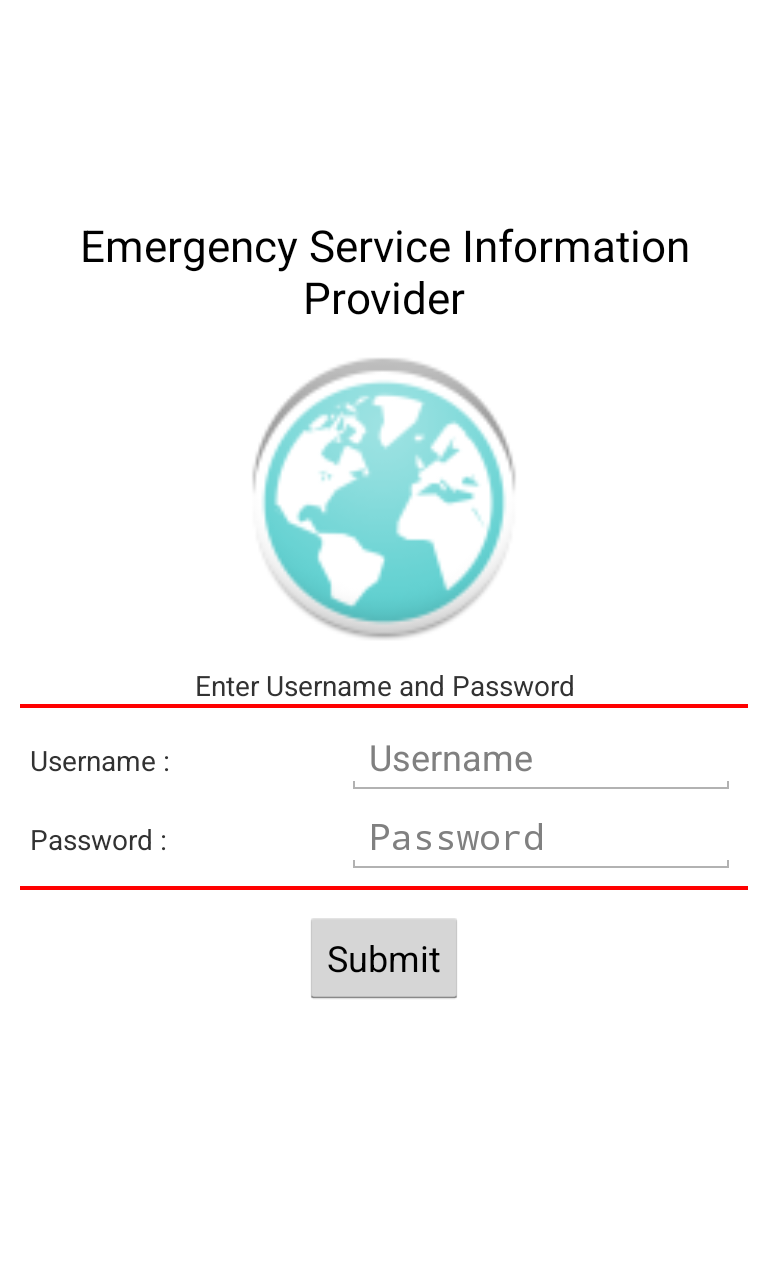
Repository: mansee8/Emergency-Service-Information-Provider
Layout: Emergency Service Information Provider/ESIP/ESIP/res/layout/home.xml
The author's editor kept a copy of each file at every save. The layout is drawn from the files as they stood at one save, then again after the next save.
It is drawn on a 768 x 1280 px phone screen (xhdpi) without system bars, with theme AppTheme; the app's code is not run.

Above is the layout before, as saved 2014-02-28 08:20:49.

After the next save:
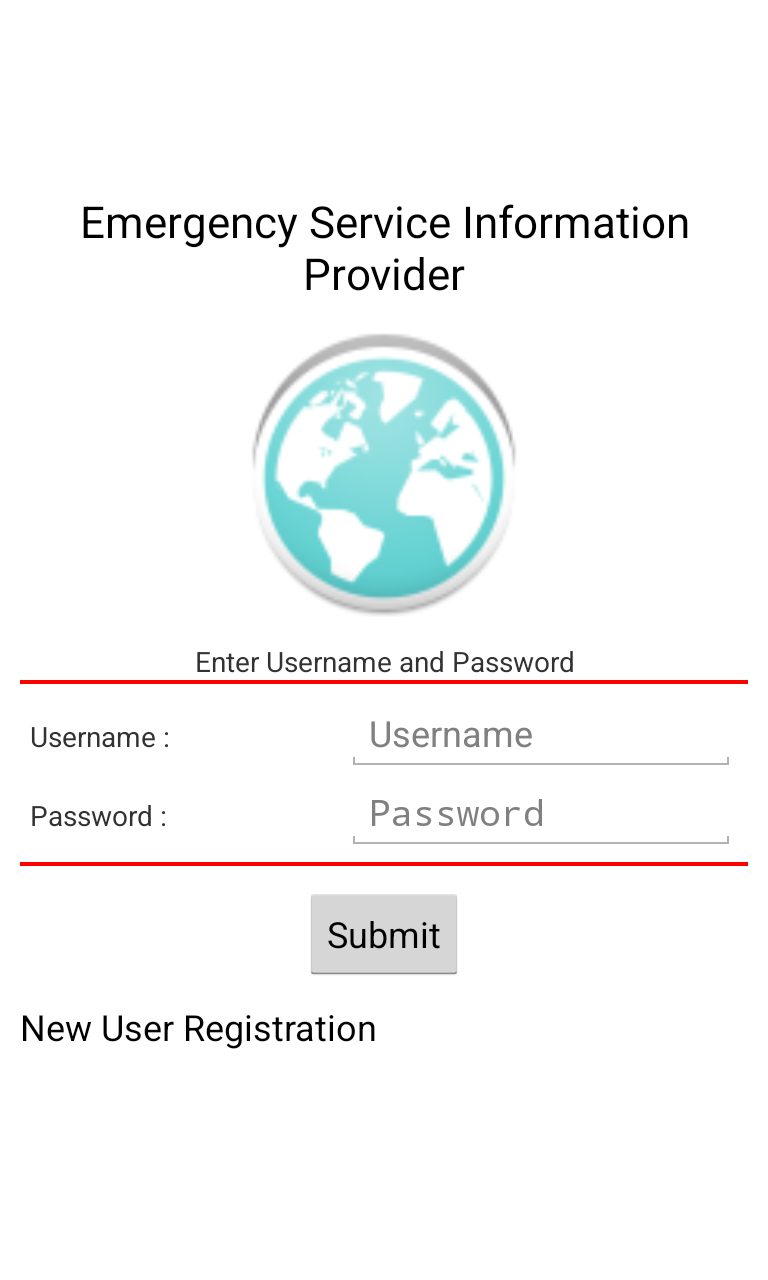
Saved 79 min 23 s later.
--- a/Emergency Service Information Provider/ESIP/ESIP/res/layout/home.xml
+++ b/Emergency Service Information Provider/ESIP/ESIP/res/layout/home.xml
@@ -3,6 +3,7 @@
     android:layout_width="fill_parent"
     android:layout_height="fill_parent"
     android:orientation="vertical"
+    android:layout_gravity="center_horizontal"
     android:padding="5dp" >
 
     <LinearLayout
@@ -87,6 +88,13 @@
             android:text="Submit" />
 
         <TextView
+            android:id="@+id/newUserView"
+            android:layout_width="fill_parent"
+            android:layout_height="wrap_content"
+            android:text="New User Registration"
+            android:textAppearance="?android:attr/textAppearanceMedium" />
+
+        <TextView
             android:id="@+id/resultView"
             android:layout_width="wrap_content"
             android:layout_height="wrap_content" />
